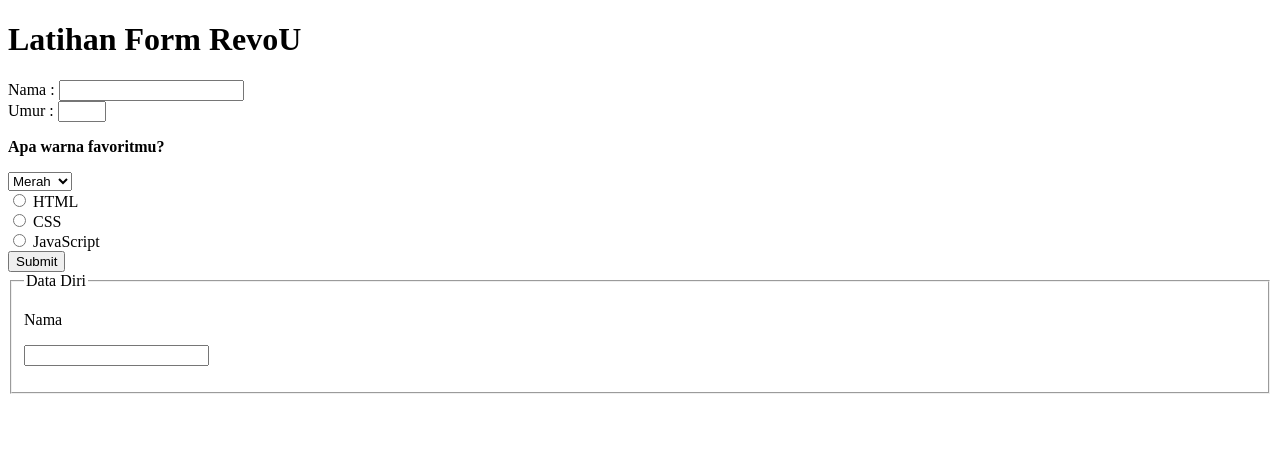
Repository: esramrsln/day2_RevoU
Page: form.html
An editor plug-in stored every save of this project. The page is shown before and after the next save, followed by the edit.
The browser window is 1280 px wide. The pictures show the whole page.

Above is the page before, as saved 2024-07-23 21:42:33.

### form.html
<!DOCTYPE html>
<html>
<head>
    <meta charset="UTF-8" />
    <title>Membuat Form sederhana</title>
</head>
<body>
    <h1>Latihan Form RevoU</h1>
    <form action="https://search.yahoo.com/search?d=%7b%22dn%22%3a%22yk%22%2c%22subdn%22%3a%22company%22%2c%22ykid%22%3a%225929ee1f-b3d5-4187-90c2-a7bf3ccba9d0%22%7d&fr2=p%3ads%2cv%3aomn%2cm%3asa%2cbrws%3achrome%2cpos%3a1&fr=mcafee&type=E211US714G0&p=Google" method="post">
        <label for="name">Nama :</label>
        <input id="name" type="text"/>
        <br>
        <label for="umur">Umur :</label>
        <input id="umur" type="number" min="1" max="9">
        <p><b> Apa warna favoritmu?</b></p>
        <select name="" id="">
            <option value="">Merah</option>
            <option value="">Kuning</option>
            <option value="">Hijau</option>
        </select>

        <br>
        <input type="radio" name="fav_language" id="html" value="HTML">
        <label for="html">HTML</label><br>

        <input type="radio" name="fav_language" id="css" value="CSS">
        <label for="html">CSS</label><br>

        <input type="radio" name="fav_language" id="javascript" value="JavaScript">
        <label for="html">JavaScript</label><br>

        <input type="Submit" value="Submit">

    </form>


    <fieldset>
        <legend>Data Diri</legend>
        <p><label for="nama">Nama</label></p>
           <input type="text" name="nama">
        <p><label for="usia"></label></p>
    </fieldset>
</body>
</html>

After the next save:
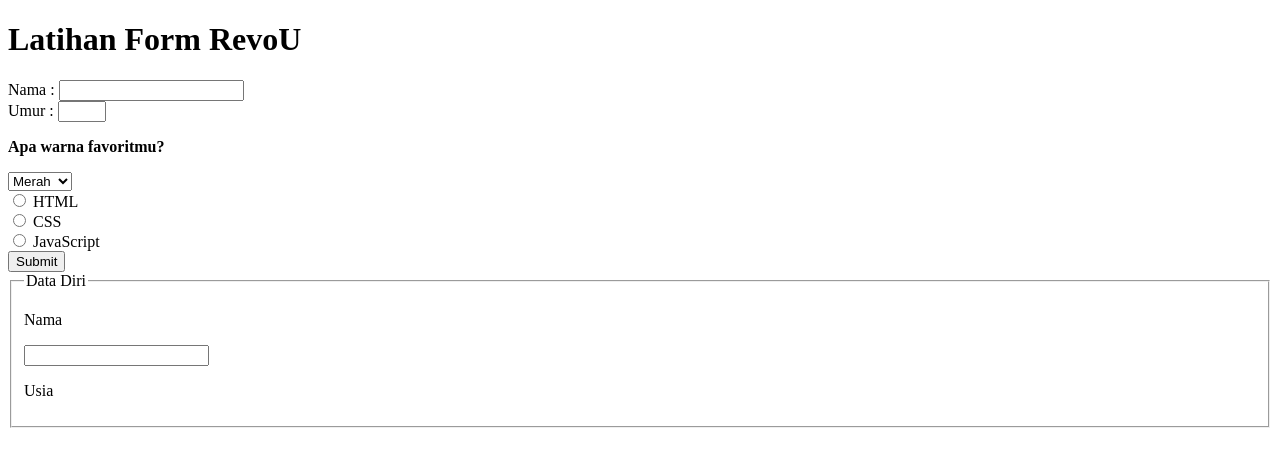
Saved 5 s later.
--- a/form.html
+++ b/form.html
@@ -38,7 +38,7 @@
         <legend>Data Diri</legend>
         <p><label for="nama">Nama</label></p>
            <input type="text" name="nama">
-        <p><label for="usia"></label></p>
+        <p><label for="usia">Usia</label></p>
     </fieldset>
 </body>
 </html>
